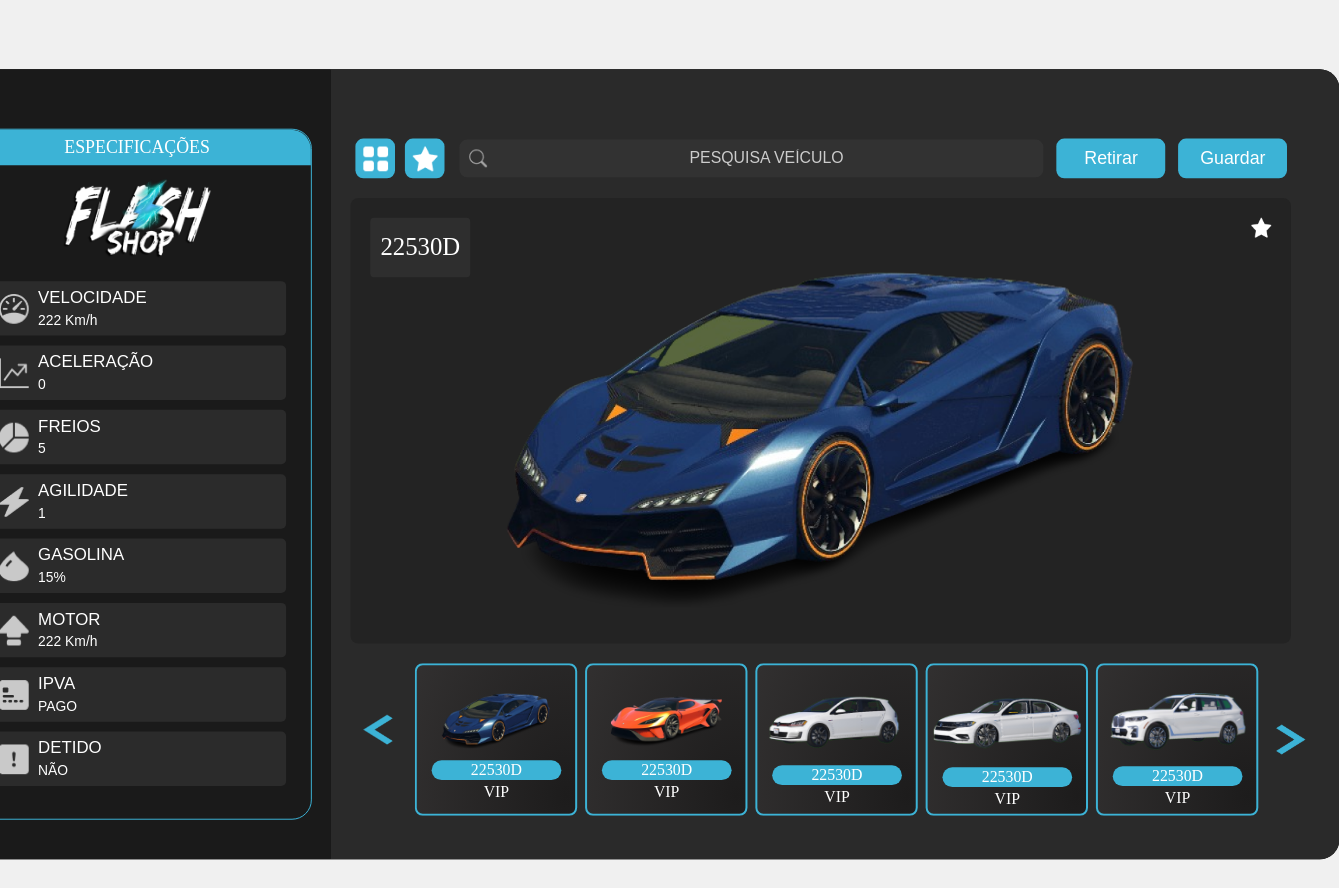
Repository: DuMCorrea/Garagem
Page: index.html
An editor plug-in stored every save of this project. The page is shown before and after the next save, followed by the edit.
The browser window is 1280 px wide. The page is 1353 px wide, so the pictures cover 1353 px, including what lies to the right of the window. The pictures show the whole page, at 99% of full size.
Some web fonts or font styles are not loaded; a fallback is used.

Above is the page before, as saved 2024-08-22 19:56:39.

After the next save:
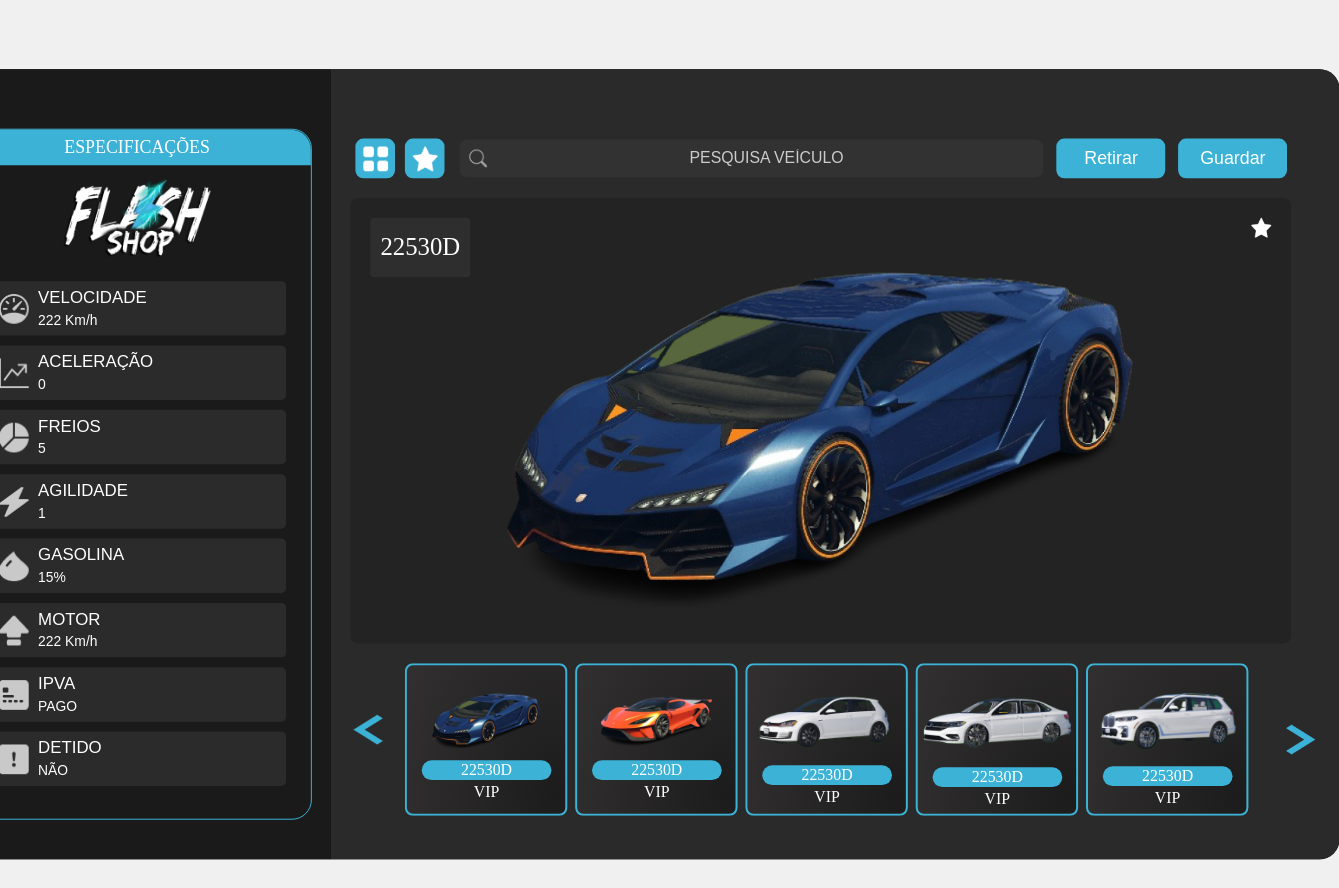
Saved 9 s later.
--- a/styles.css
+++ b/styles.css
@@ -407,7 +407,7 @@
     height: 30px;
     cursor: pointer; /* Indica que a seta é clicável */
     align-self: center; /* Centraliza verticalmente a seta em relação aos cards */
-    margin-left: 10px; /* Espaçamento entre a seta e o último card */
+    margin-left: 30px; /* Espaçamento entre a seta e o último card */
 }
 /* Estilo para a nova seção de cards */
 .fundo-cards {
